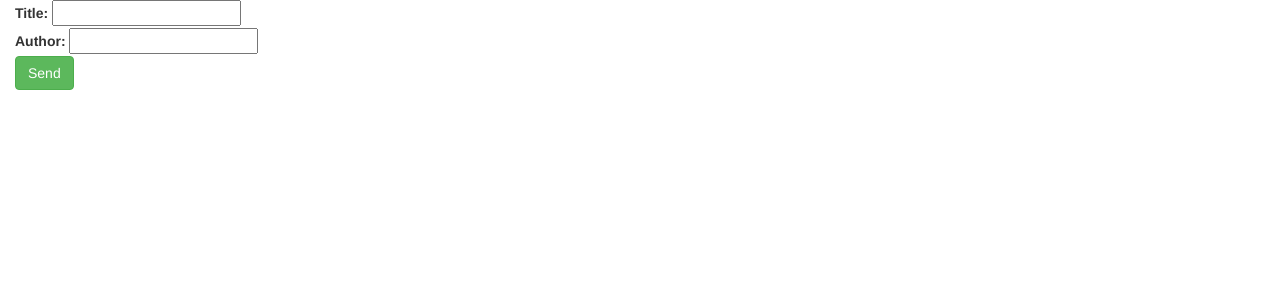
Repository: mstuper/ITIS-6177-Assignment06
Page: index.html
These files come from the project's save history. The page is drawn as it stood at one moment and after the next save; the edit follows.
The browser window is 1280 px wide. The pictures show the whole page.
The page's requests for data from a server got no answer. Some web libraries are served in a nearby version.

Above is the page before, as saved 2023-01-31 16:32:14.

After the next save:
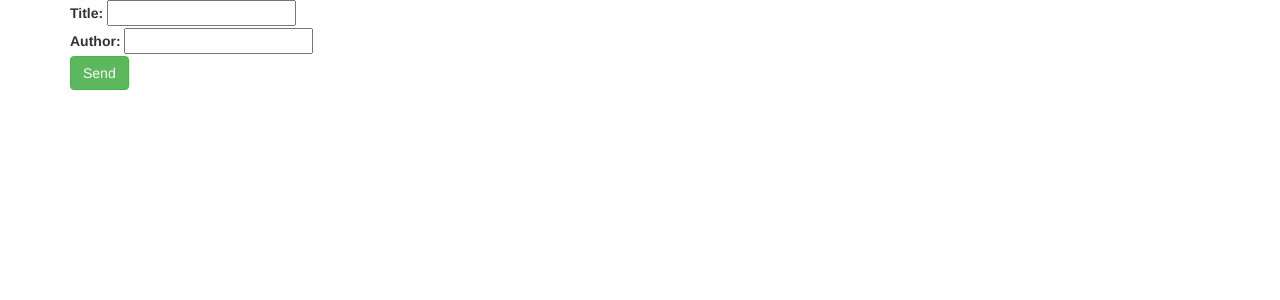
Saved 18 min 5 s later.
--- a/index.html
+++ b/index.html
@@ -10,7 +10,7 @@
 </head>
 <body>
 
-    <div class="container-fluid">
+    <div class="container">
         <div class="row">
             <div class="col-xs-12">
                 <label for="title">Title:</label>

After the 2 saves that followed:
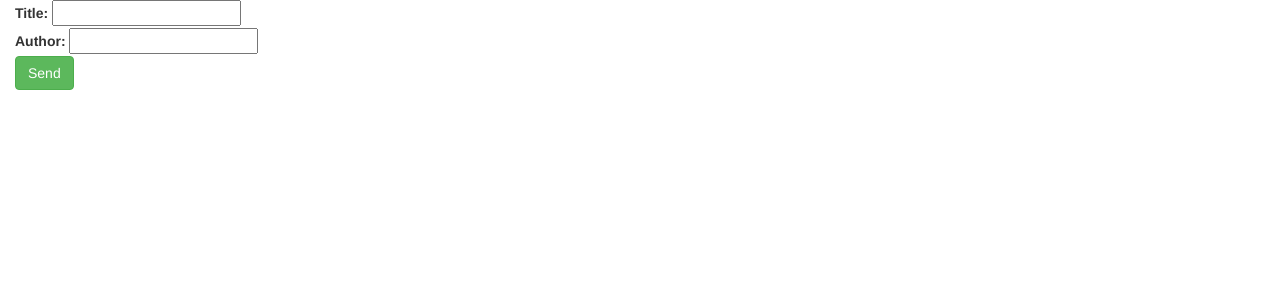
The 2 saves are shown as one change because 1 left the picture as it was.
The last was saved 4 min 11 s later.
--- a/index.html
+++ b/index.html
@@ -10,7 +10,7 @@
 </head>
 <body>
 
-    <div class="container">
+    <div class="container-fluid">
         <div class="row">
             <div class="col-xs-12">
                 <label for="title">Title:</label>
@@ -60,7 +60,7 @@
         function getPosts() {
             axios.get('http://localhost:3004/posts')
             .then(function (response) {
-                const list = doncument.getElementById('list');
+                const list = document.getElementById('list');
                 if (response && response.data) {
                     list.innerHTML = '';
                     response.data.forEach(post => {
